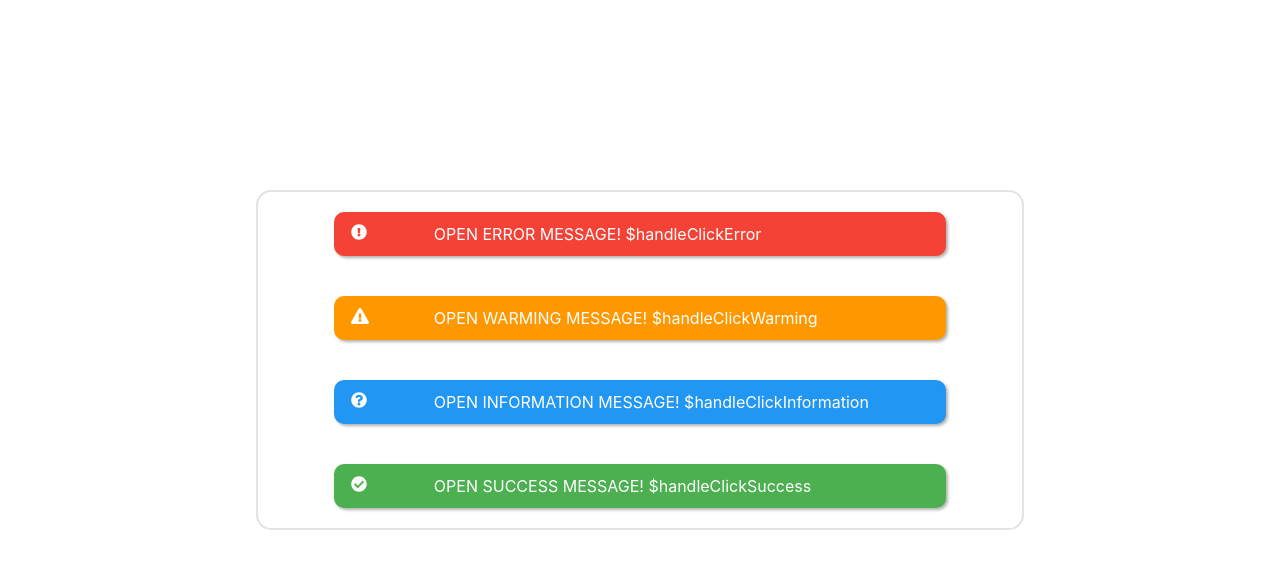
Repository: KrzysKolo/sr_tydzien5_zad2
Page: /
The author's editor kept a copy of each file at every save. The page is drawn from the files as they stood at one save, then again after the next save.
The browser window is 1280 px wide. The pictures show the whole page.
The project was rebuilt for these pictures with package versions that can differ from the ones it lists, and the page was loaded fresh each time.

Above is the page before, as saved 2020-12-21 19:23:23.

After the next save:
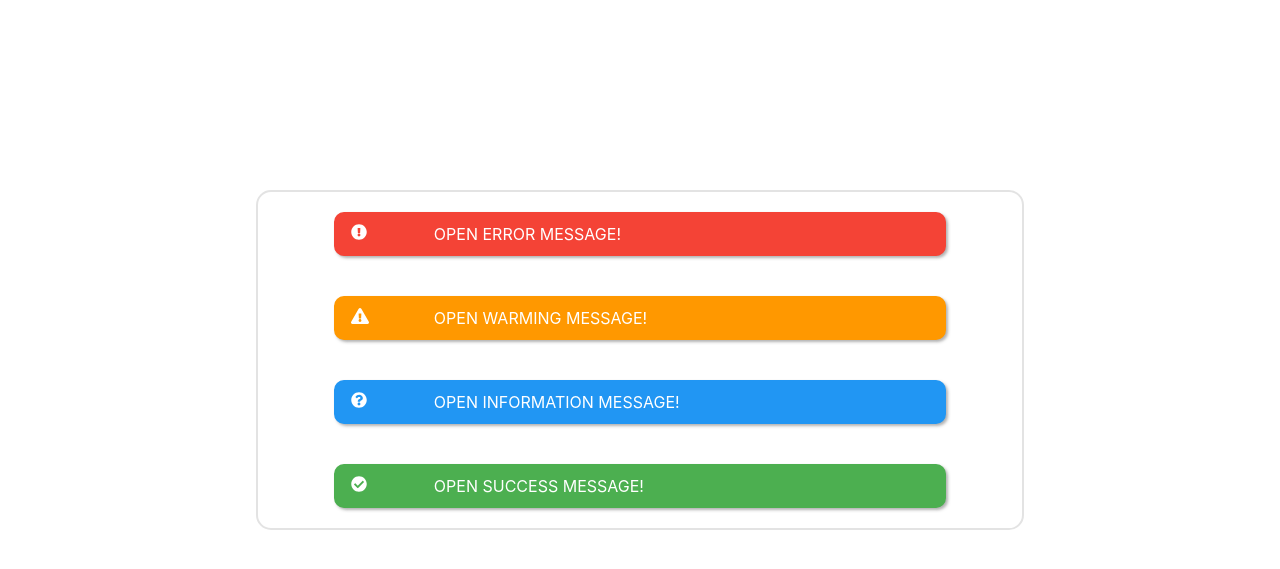
Saved 24 s later.
--- a/src/components/Button.js
+++ b/src/components/Button.js
@@ -48,7 +48,7 @@ const Button = ({data } ) => {
         onMouseOver={() => setIsHover(true)}
         onMouseOut={() => setIsHover(false)}>
             <Icons icon={data.icon}/>
-             {data.name} ${data.event}
+             {data.name}
         </div>
     )
 }
